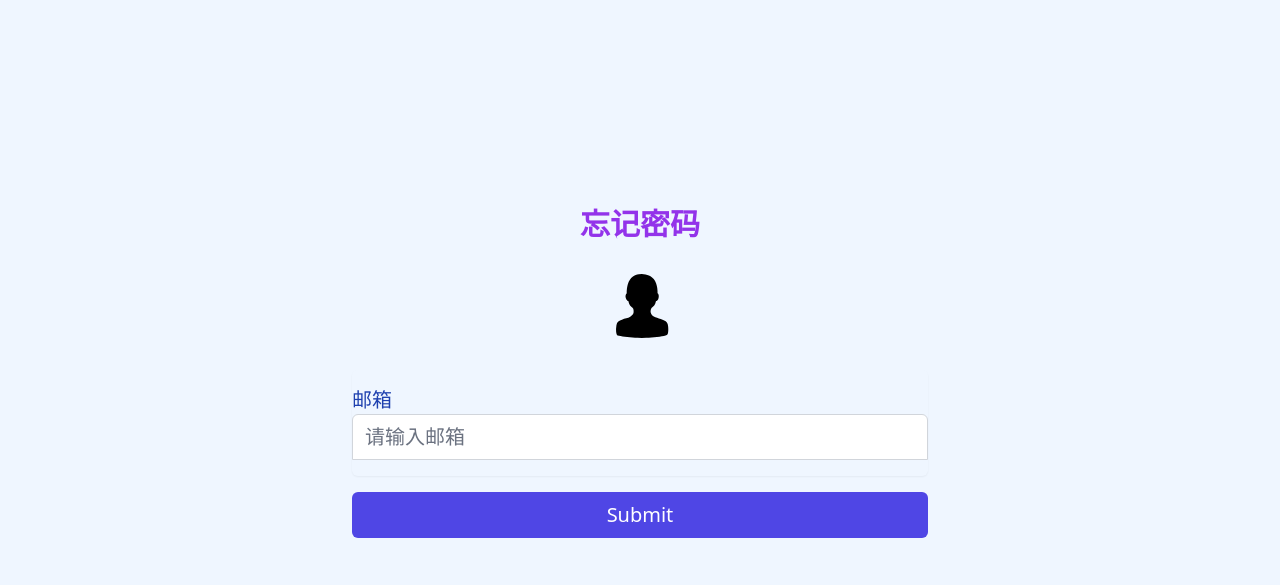
Repository: LiuRuohui/test_the_tailwindcss
Page: /
An editor plug-in stored every save of this project. The page is shown before and after the next save, followed by the edit.
The browser window is 1280 px wide. The pictures show the whole page.
The project was rebuilt for these pictures with package versions that can differ from the ones it lists, and the page was loaded fresh each time. Also part of the build but not shown: vite.config.js, src/components/WelcomingPage.vue, src/components/RegisterPage.vue, src/components/LoginPage.vue, src/components/MainPage.vue, src/components/HelloWorld.vue.

Above is the page before, as saved 2022-03-04 21:50:36.

After the next save:
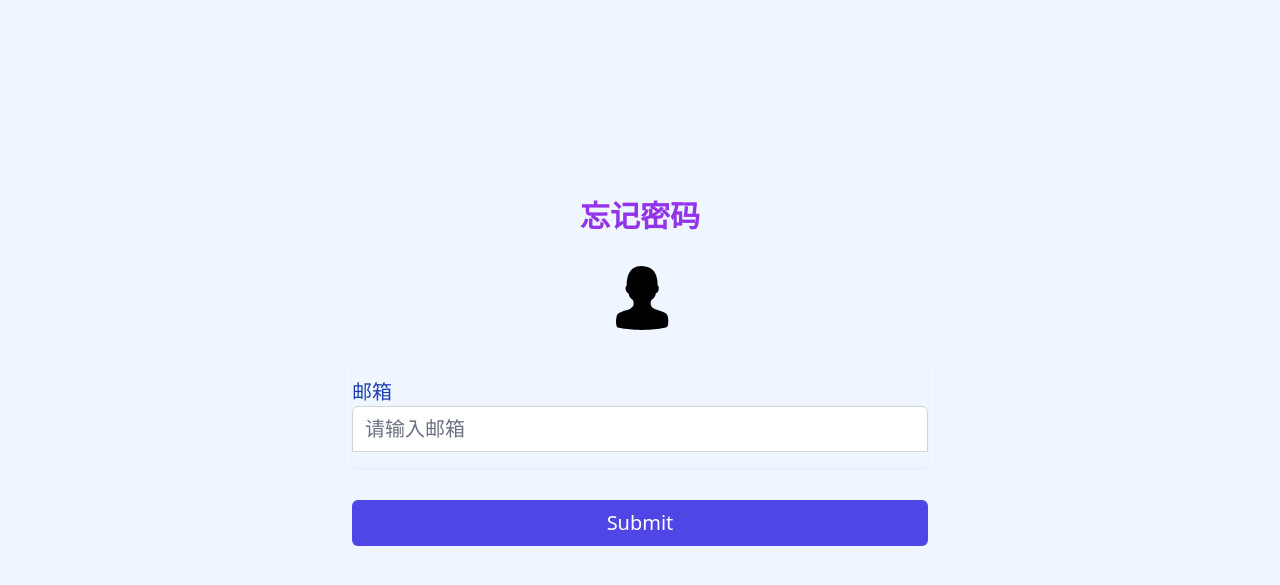
Saved 2 min 36 s later.
--- a/src/components/ForgetPasswd.vue
+++ b/src/components/ForgetPasswd.vue
@@ -7,7 +7,6 @@
         <div>
             <img class="h-16 w-1/2 mx-auto" src="../assets/用户.svg" alt="这里有一张图片">
         </div>
-    <form class="mt-8 space-y-4" action="#" method="POST">
       <div class="rounded-md shadow-sm sm:text-xl">
         <div class="py-4 text-blue-800">
           <label for="email-address">邮箱</label>
@@ -17,7 +16,6 @@
       <div class="sm:text-xl sm:mt-8">
         <input @click="submit" type="submit" class="btn group sm:text-xl">
       </div>
-    </form>
     </div>
 </div>
 </template>
